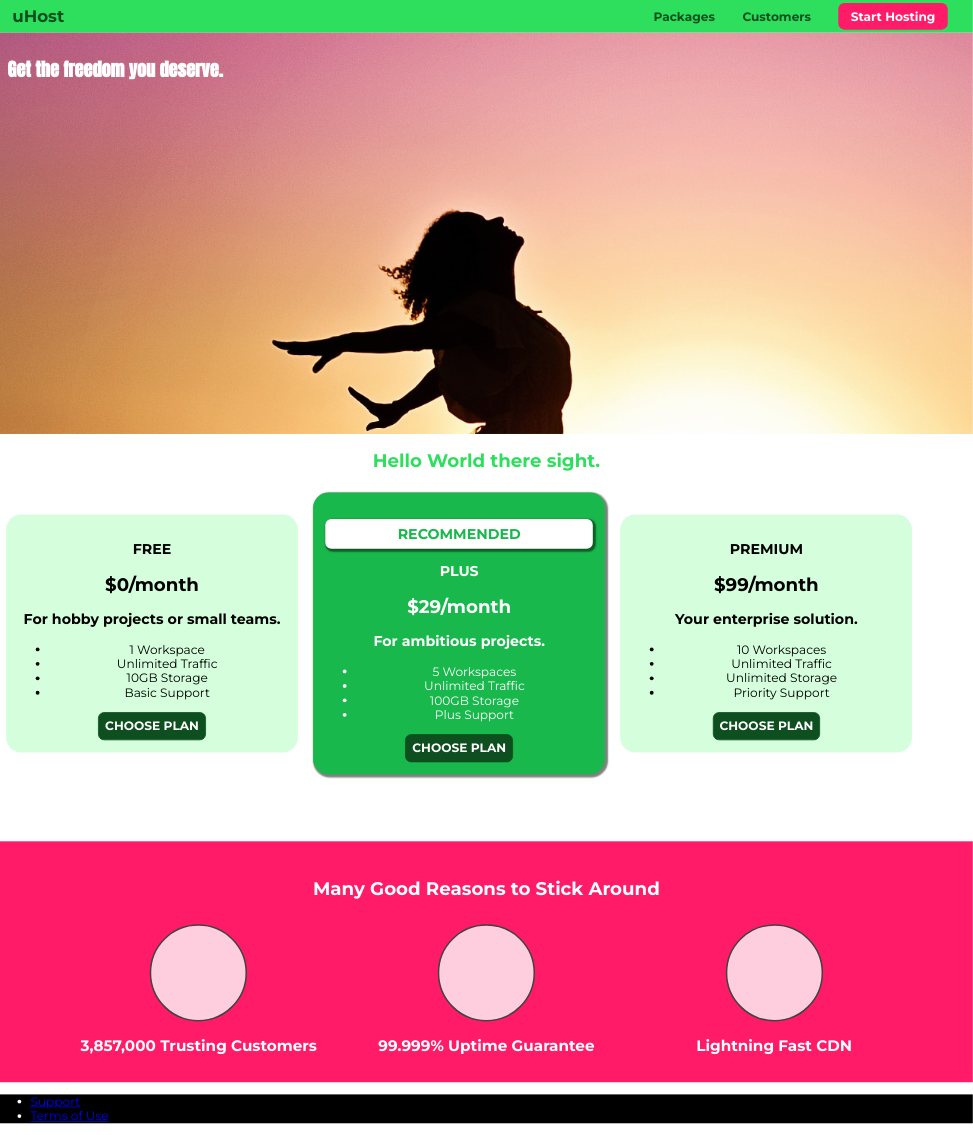
Repository: xtremer15/Css-JS
Page: Css-JS/JS and CSS Study/CSS/basics-01-understanding-the-course-project-starting-code/CSS Study/index.html
These files come from the project's save history. The page is drawn as it stood at one moment and after a run of saves; the edit follows.
The browser window is 1280 px wide. The pictures show the whole page, at 76% of full size.

Above is the page before, as saved 2020-04-01 13:36:06.

After the next 10 saves:
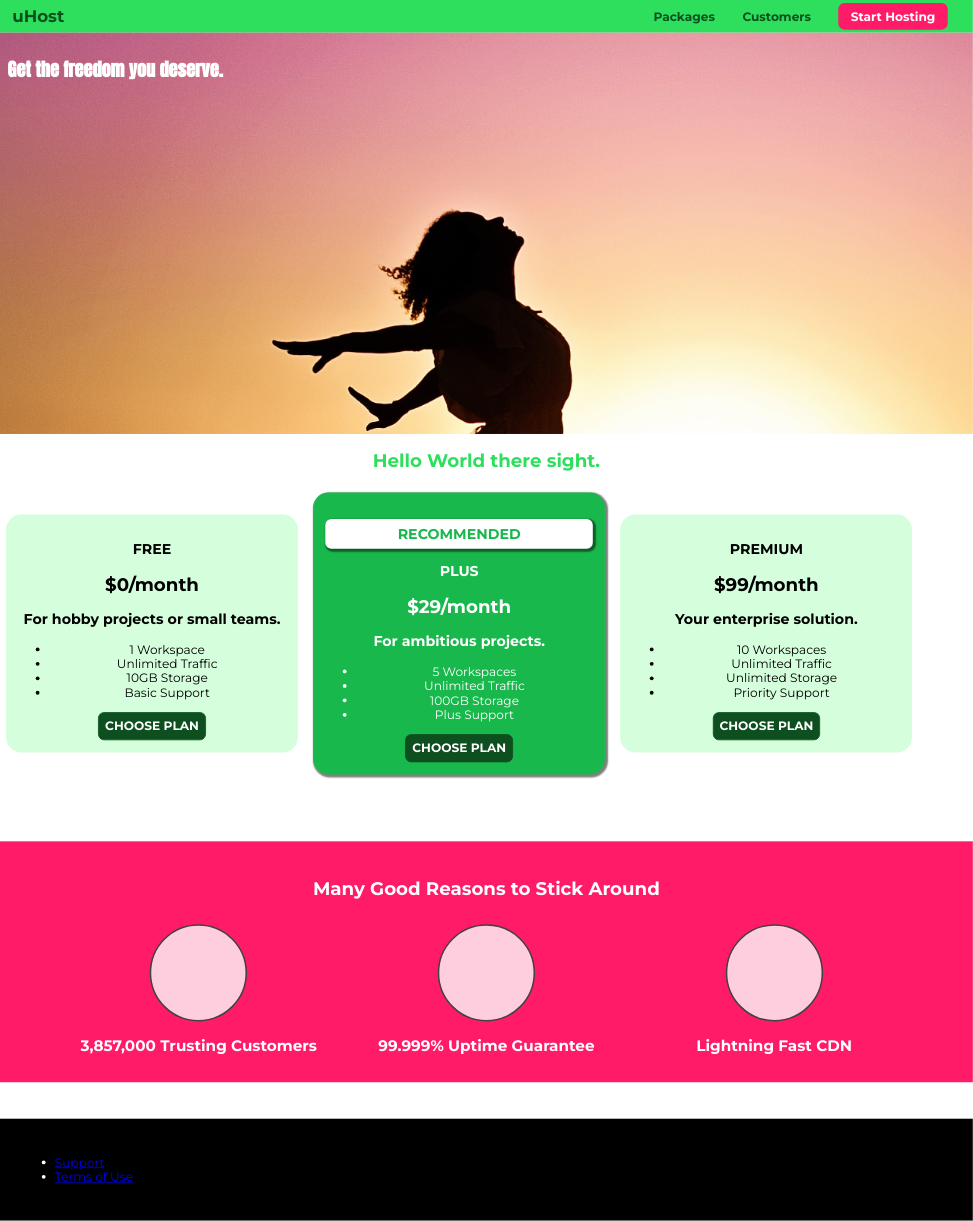
The 10 saves are shown as one change because they came seconds apart.
The last was saved 107 s later.
--- a/Css-JS/JS and CSS Study/CSS/basics-01-understanding-the-course-project-starting-code/CSS Study/main.css
+++ b/Css-JS/JS and CSS Study/CSS/basics-01-understanding-the-course-project-starting-code/CSS Study/main.css
@@ -180,4 +180,6 @@ button:active {
 .main-footer {
   background: black;
   color: #fff;
+  padding: 32px;
+  margin-top: 48px;
 }
